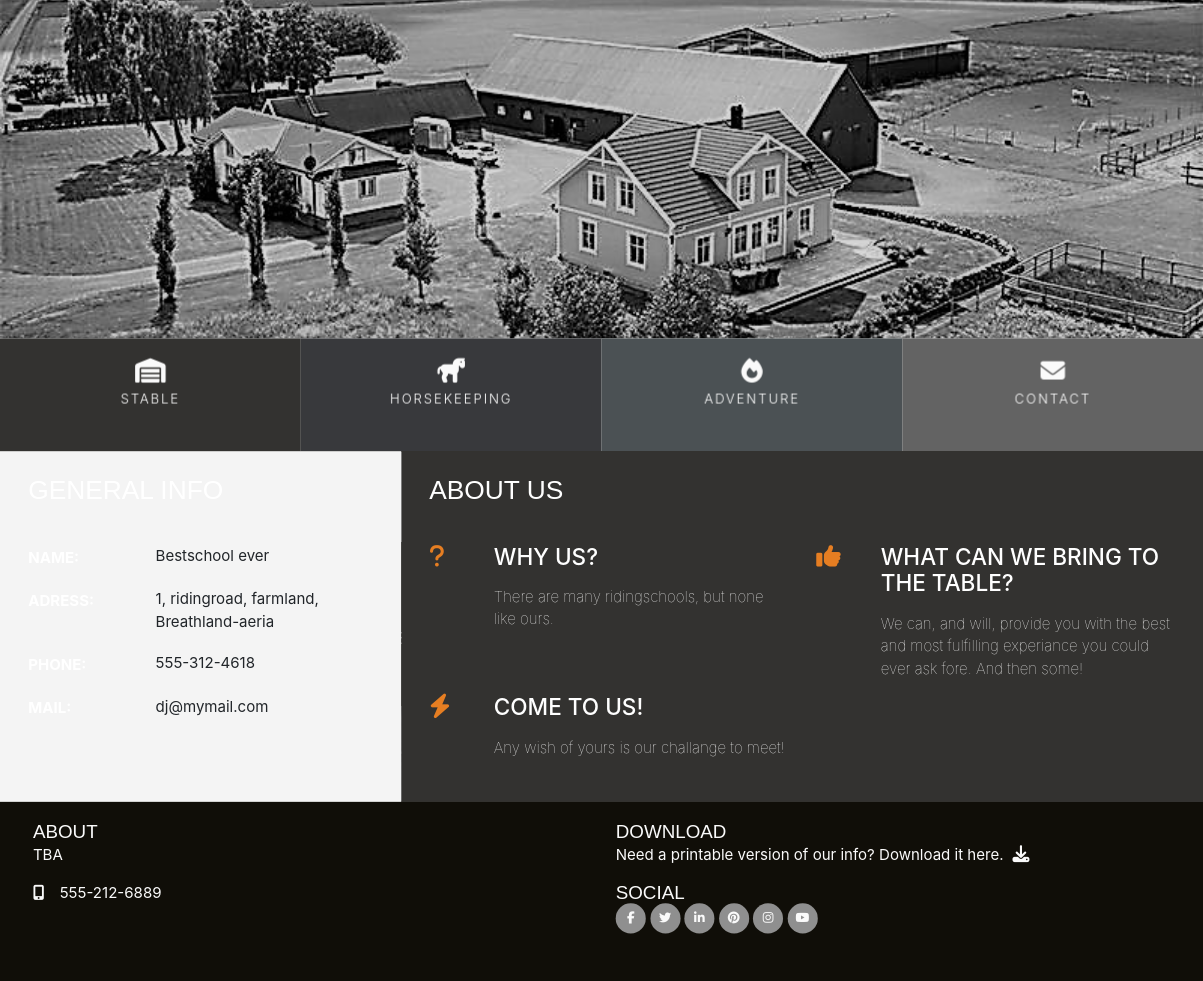
Repository: Jadehammar/frontendmilestone
Page: stable.html
The author's editor kept a record of every edit. The page is drawn from the files as they stood at one moment, then again after the next edit.
The browser window is 1280 px wide. The pictures show the whole page, at 94% of full size.
Backgrounds fixed to the window are drawn as part of the page. Some web libraries are served in a nearby version.

Above is the page before.

### stable.html
<!DOCTYPE html>
<html lang="en">

<head>
    <meta charset="UTF-8">
    <meta name="viewport" content="width=device-width, initial-scale=1.0">
    <meta http-equiv="X-UA-Compatible" content="ie=edge">
    <link rel="stylesheet" href="https://stackpath.bootstrapcdn.com/font-awesome/4.7.0/css/font-awesome.min.css" type="text/css" />
    <link rel="stylesheet" href="https://cdnjs.cloudflare.com/ajax/libs/hover.css/2.3.1/css/hover-min.css" type="text/css" />
    <link rel="stylesheet" href="https://stackpath.bootstrapcdn.com/bootstrap/4.3.1/css/bootstrap.min.css" type="text/css" />
    <link rel="stylesheet" href="assets/css/style.css" type="text/css" />
    <title>Ridingschool, stable</title>
</head>

<body>
    <header>
        <div class="row no-gutters">
            <a href="contact.html" class="col-12 logo"></a>
            <div class="col-md-12">
                <div class="row no-gutters">
                    <div class="col">
                        <ul id="nav" class="list-inline menucontainer">
                            <li class="col-6 col-sm-3 ui-menue-color-home list-inline-item menueitem">
                                <a href="stable.html" class="hvr-bounce-to-bottom"><i class="fa fa-warehouse" aria-hidden="true"></i><span>Stable</span></a>
                            </li>
                            <li class="col-6 col-sm-3 ui-menue-color-resume list-inline-item menueitem">
                                <a href="horsekeeping.html" class="hvr-bounce-to-bottom"><i class="fa fa-horse" aria-hidden="true"></i><span>Horsekeeping</span></a>
                            </li>
                            <li class="col-6 col-sm-3 ui-menue-color-contact list-inline-item menueitem">
                                <a href="adventure.html" class="hvr-bounce-to-bottom"><i class="fa fa-fire" aria-hidden="true"></i><span>Adventure</span></a>
                            </li>
                            <li class="col-6 col-sm-3 ui-menue-color-download list-inline-item menueitem">
                                <a href="contact.html" class="hvr-bounce-to-bottom"><i class="fa fa-envelope" aria-hidden="true"></i><span>contact</span></a>
                            </li>

                        </ul>
                    </div>
                </div>
            </div>
        </div>
    </header>
    <section class="container-fluid">
        <div class="row">
            <div class="col-md-4 bg-color-personal-info section-column">
                <div class="row">
                    <div class="col-12">
                        <h3 class="section-heading uppercase">
                            general info
                        </h3>
                    </div>
                </div>
                <div class="personal-info-item">
                    <div class="key">
                        <p class="uppercase">
                            Name:
                        </p>
                    </div>
                    <div class="value">
                        <p>
                            Bestschool ever
                        </p>
                    </div>
                </div>
                <div class="personal-info-item">
                    <div class="key">
                        <p class="uppercase">
                            Adress:
                        </p>
                    </div>
                    <div class="value">
                        <p>
                            1, ridingroad, farmland, Breathland-aeria
                        </p>
                    </div>
                </div>
                <div class="personal-info-item">
                    <div class="key">
                        <p class="uppercase">
                            Phone:
                        </p>
                    </div>
                    <div class="value">
                        <p>
                            555-312-4618
                        </p>
                    </div>
                </div>
                <div class="personal-info-item">
                    <div class="key">
                        <p class="uppercase">
                            Mail:
                        </p>
                    </div>
                    <div class="value">
                        <p>
                            dj@mymail.com
                        </p>
                    </div>
                </div>
            </div>
            <div class="col-md-8 bg-color-three-reasons section-column">
                <div class="row">
                    <div class="col">
                        <h3 class="section-heading uppercase">About us</h3>
                    </div>
                </div>
                <div class="row">
                    <div class="col-10 offset-1 offset-sm-0 col-sm-4 col-md-6">
                        <div class="row">
                            <div class="col-2">
                                <i class="three-reasons-icon fa fa-question" aria-hidden="true"></i>
                            </div>
                            <div class="col-10">
                                <h4 class="three-reasons-heading uppercase">Why us?</h4>
                                <p>
                                    There are many ridingschools, but none like ours.
                                </p>
                            </div>
                        </div>
                    </div>
                    <div class="col-10 offset-1 offset-sm-0 col-sm-4 col-md-6">
                        <div class="row">
                            <div class="col-2">
                                <i class="three-reasons-icon fa fa-thumbs-up" aria-hidden="true"></i>
                            </div>
                            <div class="col-10">
                                <h4 class="three-reasons-heading uppercase">What can we bring to the table?</h4>
                                <p>
                                    We can, and will, provide you with the best and most fulfilling experiance you could ever ask fore. And then some!
                                </p>
                            </div>
                        </div>
                    </div>
                    <div class="col-10 offset-1 offset-sm-0 col-sm-4 col-md-6">
                        <div class="row">
                            <div class="col-2">
                                <i class="three-reasons-icon fa fa-bolt" aria-hidden="true"></i>
                            </div>
                            <div class="col-10">
                                <h4 class="three-reasons-heading uppercase">Come to us!</h4>
                                <p>
                                    Any wish of yours is our challange to meet!
                                </p>
                            </div>
                        </div>
                    </div>
                </div>
            </div>
    </section>
    <footer class="container-fluid">
        <div id="footer-details" class="row">
            <div class="col-sm-6">
                <h5 class="uppercase general-sub">About</h5>
                <p class="inline-block">
                    TBA
                </p>
            </div>
            <div class="col-sm-6">
                <h5 class="uppercase general-sub">Download</h5>
                <p class="inline-block">
                    Need a printable version of our info? Download it here.
                    <a href="assets/CV/CV.pdf" taraget="_blank" class="cv-pdf">
                        <i class="fa fa-download" aria-hidden="true"></i>
                        <span class="sr-only">Download link.</span>
                    </a>
                </p>
            </div>
            <div class="col-sm-6">
                <i class="fa fa-mobile" aria-hidden="true" style="padding-right: 12px;"></i>
                <p class="inline-block"> 555-212-6889
                    <span class="sr-only">Phone.</span>
                    </a>
                </p>
            </div>
           <div class="col-sm-4">
                <h5 class="uppercase general-sub">social</h5>
                <ul class="list-inline social-links">
                    <li class="list-inline-item">
                        <a target="_blank" href="#">
                            <i class="fab fa-facebook-f" aria-hidden="true"></i>
                            <span class="sr-only">Facebook</span>
                        </a>
                    </li>
                    <li class="list-inline-item">
                        <a target="_blank" href="#">
                            <i class="fab fa-twitter" aria-hidden="true"></i>
                            <span class="sr-only">Twitter</span>
                        </a>
                    </li>
                    <li class="list-inline-item">
                        <a target="_blank" href="#">
                            <i class="fab fa-linkedin-in" aria-hidden="true"></i>
                            <span class="sr-only">LinkedIn</span>
                        </a>
                    </li>
                    <li class="list-inline-item">
                        <a target="_blank" href="#">
                            <i class="fab fa-pinterest" aria-hidden="true"></i>
                            <span class="sr-only">Pinterest</span>
                        </a>
                    </li>
                    <li class="list-inline-item">
                        <a target="_blank" href="#">
                            <i class="fab fa-instagram" aria-hidden="true"></i>
                            <span class="sr-only">Instagram</span>
                        </a>
                    </li>
                    <li class="list-inline-item">
                        <a target="_blank" href="#">
                            <i class="fab fa-youtube" aria-hidden="true"></i>
                            <span class="sr-only">YouTube</span>
                        </a>
                    </li>
                </ul>
            </div>
        </div>
    </footer>
    <script src="https://kit.fontawesome.com/d636ceede3.js"></script>
</body>

</html>

### assets/css/style.css
@import url('https://fonts.googleapis.com/css?family=Roboto:100,200,300,400,500,600,700│exo:100,200,300,400,500,600,700');

/*---------------------------------------------color-------------------------------------*/

.container-wrapper--red {
    background-color: #4b5154;
    color: white;
}

.feature {
    color: #fff;
}

.bg-color-name-title {
    background-color: #676767;
}

.bg-color-three-reasons {
    background-color: #333230;
    color: #fff;
    font-weight: 100;
}

.bg-color-personal-info {
    background-color: #f4f4f4;
}

.ui-menue-color-home {
    background-color: #333230;

}

.ui-menue-color-resume {
    background-color: #38393c;

}

.ui-menue-color-contact {
    background-color: #4b5154;

}

.ui-menue-color-download {
    background-color: #4e4e4ee0;

}

.bg-color-work-history {
    background-color: #646464;
}

.bg-color-contact {
    background-color: #646464;

}

/*---------------------------------------------Special padding/margins/text-------------------------------------*/

h1,
h2,
h3,
h4,
h5 {
    margin: 0;
}

.uppercase {
    text-transform: uppercase;
    color: #fff;
}

.general-sub {
    font-family: "Exo", sans-serif;
    font-weight: 200;
    color: #fafafa;
}

.inline-block {
    display: inline-block;
}

.row-table {
    display: table;
}

.section-column {
    display: table-cell;
    padding: 0 30px 30px;
    float: none;
}

.history-heading,
.section-heading {
    font-family: "Exo", sans-serif;
    font-weight: 200;
    margin-bottom: 40px;
    margin-top: 25px;
}

/*---------------------------------------------Heading-------------------------------------*/

header {
    margin: 0;
}

.heading {
    margin-left: 50px;

}

.logo-stable {
    background:  url("../images/gård på avstånd.jpg")
}

.logo {
    background: url("../images/Varberg-intro-800x418_bw.jpg.jpg") no-repeat bottom right fixed;
    background-position: center;
    background-repeat: no-repeat;
    background-size: cover;
    min-height: 360px;
    transition: all .75s ease-in-out;
    -moz-transition: all .75s ease-in-out;
    -webkit-transition: all .75s ease-in-out;
    -o-transition: all .75s ease-in-out;
}

.name {
    font-family: "Exo" sans-serif;
    font-weight: 100;
    font-size: 46px;
    margin-top: 50px;
    color: #fff;
}

.title {
    font-family: "Roboto" sans-serif;
    font-weight: 200;
    font-size: 28px;
    margin-top: 20px;
    margin-bottom: 90px;
    color: #fff;
}

.list-inline-item:not(:last-child) {
    margin: 0;
}

.menucontainer {
    font-size: 0;
}

#nav li {
    font-size: 14px;
    padding: 0;
}

#nav {
    margin: 0;
}

.menueitem {
    height: 120px;
    text-align: center;
    padding: 0;
}

.menueitem a {
    width: 100%;
    text-decoration: none;
    color: #fff;
    height: 120px;
}

.menueitem a i {
    padding-top: 22px;
    display: block;
    color: #fafafa;
    font-size: 26px;
}

.menueitem span {
    display: block;
    width: 100%;
    padding-top: 5px;
    text-align: center;
    text-transform: uppercase;
    font-size: 14px;
    font-weight: 300;
    letter-spacing: 2px;
}


/*---------------------------------------------Hover.css-------------------------------------*/

.hvr-bounce-to-bottom:before {
    background: rgba(0, 0, 0, 0.2);
    height: 120px;
}

/*---------------------------------------------Footer-------------------------------------*/

footer {
    background-color: #100e08;
    color: #fafafa;
    min-height: 120px;
    margin: 0;
}

.cv-pdf i {
    font-size: 18px;
    color: #fafafa;
    text-align: center;
    padding-left: 5px;
    transition: all 0.35s ease-in-out;
    -moz-transition: all 0.35s ease-in-out;
    -webkit-transition: all 0.35s ease-in-out;
    -o-transition: all 0.35 ease-in-out;
}

.cv-pdf i:hover {
    color: #e84160;
    font-size: 19px;
}

.social-links {
    padding-bottom: 15px;
}


.social-links li a i {
    width: 32px;
    height: 32px;
    padding: 12px 0;
    border-radius: 50%;
    font-size: 13px;
    line-height: 7px;
    text-align: center;
    color: #fafafa;
    background: #8f8f8f;
    transition: all 0.35s ease-in-out;
    -moz-transition: all 0.35s ease-in-out;
    -webkit-transition: all 0.35s ease-in-out;
    -o-transition: all 0.35 ease-in-out;
}

.social-links li a i:hover {
    background: #e84610;
}

#footer-details {
    padding: 20px;
}

/*---------------------------------------------Three reasons-------------------------------------*/

.three-reasons-icon {
    font-size: 26px;
    color: #e67e22;
}

.three-reasons-heading {
    margin-bottom: 15px;
}

/*---------------------------------------------Personal info-------------------------------------*/

.personal-info-item {
    margin-bottom: 20px;
    display: block;
    clear: both;

}

.personal-info-item .key,
.personal-info-item .value {
    padding-right: 8px;
    display: inline-block;
}

.personal-info-item .key p,
.personal-info-item .value p {
    margin: 0;
}

.personal-info-item .key {
    width: 30%;
    margin-right: 21px;
    padding-top: 2px;
    vertical-align: top;

}

.personal-info-item .key p {
    font-weight: 700;
}

.personal-info-item .value {
    position: relative;
    width: 60%;

}

/*---------------------------------------------Contact-form-------------------------------------*/

.contact-heading {
    font-family: "Exo", sans-serif;
    font-weight: 300;
    margin-top: 25px;
    margin-bottom: 20px;
    color: #fff;
}

.center-form {
    padding-top: 10px;
    margin: 0 auto;
    max-width: 70%;
}

button [type="submit"] {
    margin: 20px 20px 20px 20px;
    background-color: #e84610;
}

.btn-secondary {
    margin: 20px;
    background-color: #363a3e;
    border-color: #6a6a6b;
}


/*---------------------------------------------Media-query-------------------------------------*/

@media(min-width: 992px) {
    .center-form {
        padding-top: 30px;
        min-height: 240;
        margin: 0 auto;
        max-width: 50%;
    }
}

After the next edit:
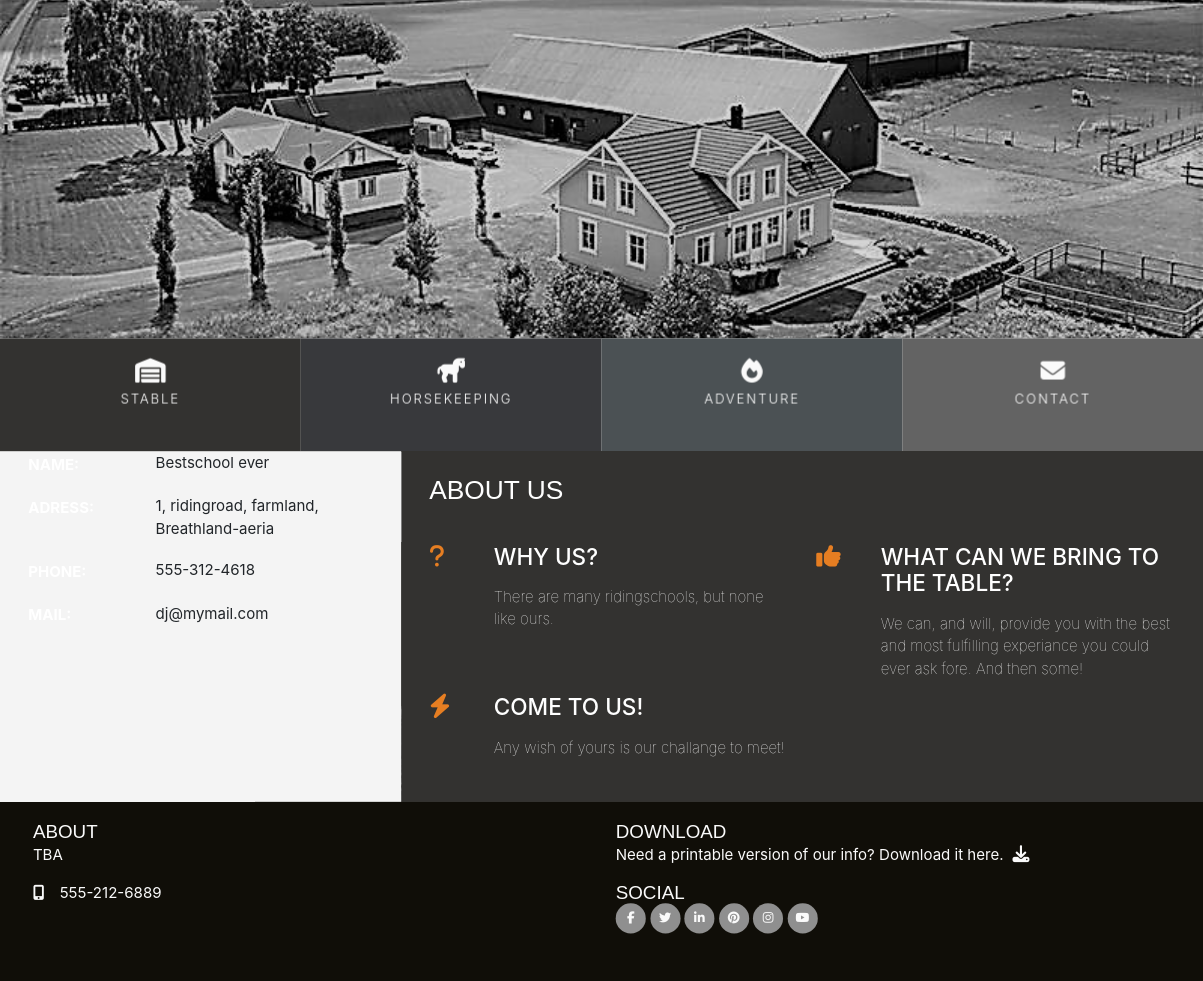
The edit:
--- a/stable.html
+++ b/stable.html
@@ -44,9 +44,6 @@
             <div class="col-md-4 bg-color-personal-info section-column">
                 <div class="row">
                     <div class="col-12">
-                        <h3 class="section-heading uppercase">
-                            general info
-                        </h3>
                     </div>
                 </div>
                 <div class="personal-info-item">
